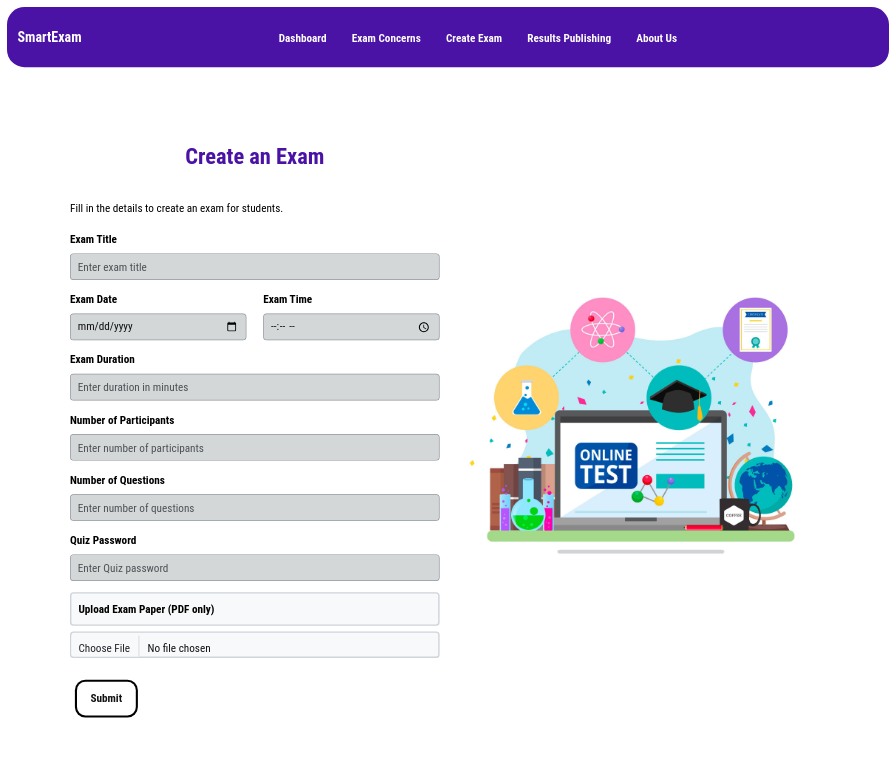
Repository: DissanayakeDA/Registration-web-app
Page: http://localhost/Online-Exam-Management-Web-App/examForm.jsp
These files come from the project's save history. The page is drawn as it stood at one moment and after the next save; the edit follows.
The browser window is 1280 px wide. The pictures show the whole page, at 70% of full size.
Some web fonts or font styles are not loaded; a fallback is used. The page is served by Tomcat 9.

Above is the page before, as saved 2024-10-20 06:40:03.

After the next save:
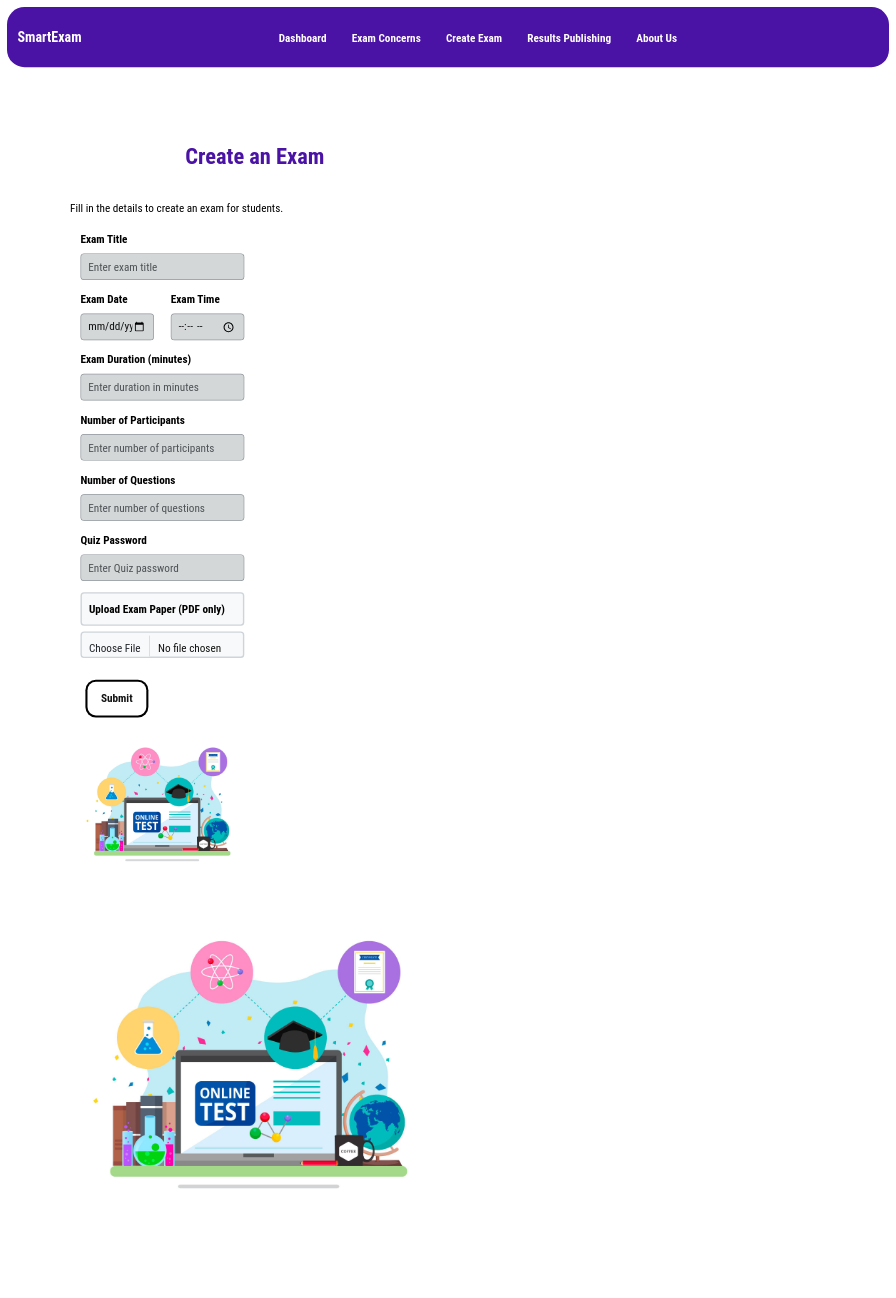
Saved 4 min 13 s later.
--- a/Online-Exam-Management-Web-App/src/main/webapp/examForm.jsp
+++ b/Online-Exam-Management-Web-App/src/main/webapp/examForm.jsp
@@ -86,9 +86,68 @@
           <p>Fill in the details to create an exam for students.</p>
 
 
-   <form action="ExamInsertServlet" method="POST" id="exam-form" >
-
-
+
+
+            <div class="col-md-6">
+
+          <form action="ExamInsertServlet" method="POST" id="exam-form" onsubmit="return validateForm()">
+
+            <div class="mb-3">
+              <label for="exam-title" class="form-label">Exam Title</label>
+              <input type="text" class="form-control" id="exam-title" name="Title" placeholder="Enter exam title" required />
+            </div>
+
+            <div class="mb-3">
+              <div class="row">
+                <div class="col-md-6">
+                  <label for="exam-date" class="form-label">Exam Date</label>
+                  <input type="date" class="form-control" id="exam-date" name="Date" required />
+                </div>
+                <div class="col-md-6">
+                  <label for="exam-time" class="form-label">Exam Time</label>
+                  <input type="time" class="form-control" id="exam-time" name="Time" required />
+                </div>
+              </div>
+            </div>
+
+            <div class="mb-3">
+              <label for="exam-duration" class="form-label">Exam Duration (minutes)</label>
+              <input type="number" class="form-control" id="exam-duration" name="Duration" placeholder="Enter duration in minutes" required />
+            </div>
+
+            <div class="mb-3">
+              <label for="num-participants" class="form-label">Number of Participants</label>
+              <input type="number" class="form-control" id="num-participants" name="TotalParticipants" placeholder="Enter number of participants" required />
+            </div>
+
+            <div class="mb-3">
+              <label for="num-questions" class="form-label">Number of Questions</label>
+              <input type="number" class="form-control" id="num-questions" name="TotalQuestions" placeholder="Enter number of questions" required />
+            </div>
+
+            <div class="mb-3">
+              <label for="q-password" class="form-label">Quiz Password</label>
+              <input type="text" class="form-control" id="q-password" name="Password" placeholder="Enter Quiz password" required />
+            </div>
+
+            <div class="mb-3">
+              <label id="exam-paper" class="form-label">Upload Exam Paper (PDF only)</label>
+              <input type="file" class="form-control" id="exam-paper" name="paperFile" accept=".pdf" required />
+            </div>
+
+            <div class="btn-container mt-4">
+              <input type="submit" value="Submit" id="add-question-btn" class="button-35" role="button" />
+            </div>
+
+          </form>
+        </div>
+
+        <div class="col-md-6 image-container">
+          <img src="images/exam.jpg" alt="Exam Image" class="img-fluid" />
+        </div>
+      </div>
+    </div>
+   <!--
 
            <tr>
             <div class="mb-3">
@@ -226,7 +285,7 @@
             </div>
 
       </form>
-        </div>
+        </div>-->
 
         <div class="col-md-6 image-container">
           <img src="images/exam.jpg" alt="Exam Image" class="img-fluid" />
